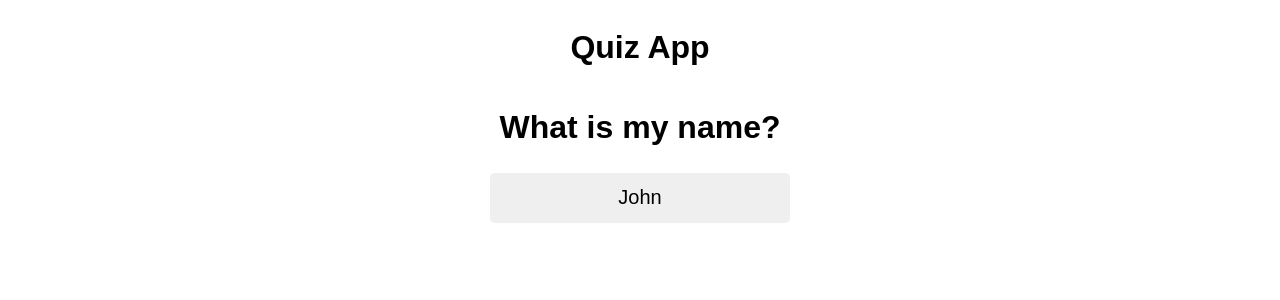
Repository: Wahid137/quiz-app
Page: /, after clicking the first element matching `button`
These files come from the project's save history. The page is drawn as it stood at one moment and after the next save; the edit follows.
The browser window is 1280 px wide. The pictures show the whole page.
The project was rebuilt for these pictures with package versions that can differ from the ones it lists, and the page was loaded fresh each time. Also part of the build but not shown: vite.config.js, src/components/EndScreen.jsx, src/index.css.

Above is the page before, as saved 2023-09-17 02:04:35.

### src/App.jsx
import { useState } from "react";
import "./App.css";
import { GameStateContext } from "./helpers/Context";
import Menu from "./components/Menu";
import Quiz from "./components/Quiz";
import EndScreen from "./components/EndScreen";

function App() {
  const [gameState, setGameState] = useState("menu");
  const [userName, setUserName] = useState("");
  const [score, setScore] = useState(0);

  return (
    <div className="App">
      <h1>Quiz App</h1>
      <GameStateContext.Provider
        value={{
          gameState,
          setGameState,
          userName,
          setUserName,
          score,
          setScore,
        }}
      >
        {gameState === "menu" && <Menu />}
        {gameState === "playing" && <Quiz />}
        {gameState === "finished" && <EndScreen />}
      </GameStateContext.Provider>
    </div>
  );
}

export default App;

### src/App.css
.App{
  text-align: center;
  font-family: arial;
  display: flex;
  justify-content: center;
  align-items: center;
  flex-direction: column;
}

.Menu{
  width: 500px;
  height: 500px;
  border-radius: 10px;
  background-color: lightseagreen;
  display: flex;
  flex-direction: column;
  justify-content: center;
  align-items: center;
}

.Menu input, button{
  width: 300px;
  height: 50px;
  margin: 5px;
  border: none;
  border-radius: 5px;
  font-size: 20px;

}

button:hover{
  background-color:black;
  color: white;
  cursor: pointer;
}

### src/components/Menu.jsx
import "../App.css";
import { useContext } from "react";
import { GameStateContext } from "../helpers/Context";

const Menu = () => {
  const { setGameState, setUsername } = useContext(GameStateContext);

  return (
    <div className="Menu">
      <label>Enter Your Name:</label>
      <input
        type="text"
        placeholder="Ex. Wahid Ahmed"
        onChange={(event) => setUsername(event.target.value)}
      />
      <button onClick={() => setGameState("playing")}>Start Quiz</button>
    </div>
  );
};

export default Menu;

### src/components/Quiz.jsx
import { useState } from "react";
import "../App.css";
import { Questions } from "../helpers/Questions";

const Quiz = () => {
  const [currentQuestion, setCurrentQuestion] = useState(0);
  const [optionChosen, setOptionChosen] = useState("");

  return (
    <div className="Quiz">
      <h1>{Questions[currentQuestion].prompt}</h1>
      <div className="questions">
        <button onClick={() => setOptionChosen("A")}>
          {Questions[currentQuestion].optionA}
        </button>
      </div>
    </div>
  );
};

export default Quiz;

### src/helpers/Questions.jsx
export const Questions = [
  {
    prompt: "What is my name?",
    optionA: "John",
    optionB: "Jake",
    optionC: "Josh",
    optionD: "Pedro",
    answer: "D",
  },
  {
    prompt: "Which of this is not a programming language?",
    optionA: "Python",
    optionB: "JavaScript",
    optionC: "MC-03",
    optionD: "Java",
    answer: "C",
  },
  {
    prompt: "Which of this is not a javascript framework?",
    optionA: "React",
    optionB: "Angular",
    optionC: "Vue",
    optionD: "Java",
    answer: "D",
  },
];

Loaded but not shown: index.html (common file); src/main.jsx (common file); src/helpers/Context.jsx (common file)

After the next save:
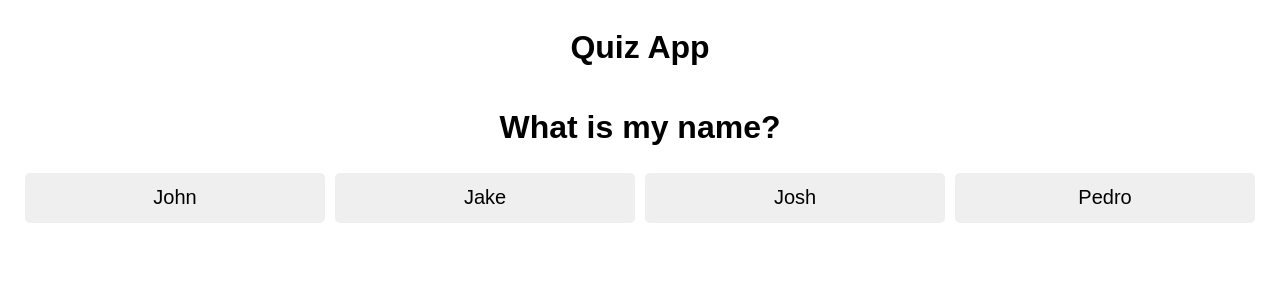
Saved 32 s later.
--- a/src/components/Quiz.jsx
+++ b/src/components/Quiz.jsx
@@ -13,6 +13,15 @@ const Quiz = () => {
         <button onClick={() => setOptionChosen("A")}>
           {Questions[currentQuestion].optionA}
         </button>
+        <button onClick={() => setOptionChosen("B")}>
+          {Questions[currentQuestion].optionB}
+        </button>
+        <button onClick={() => setOptionChosen("C")}>
+          {Questions[currentQuestion].optionC}
+        </button>
+        <button onClick={() => setOptionChosen("D")}>
+          {Questions[currentQuestion].optionD}
+        </button>
       </div>
     </div>
   );
